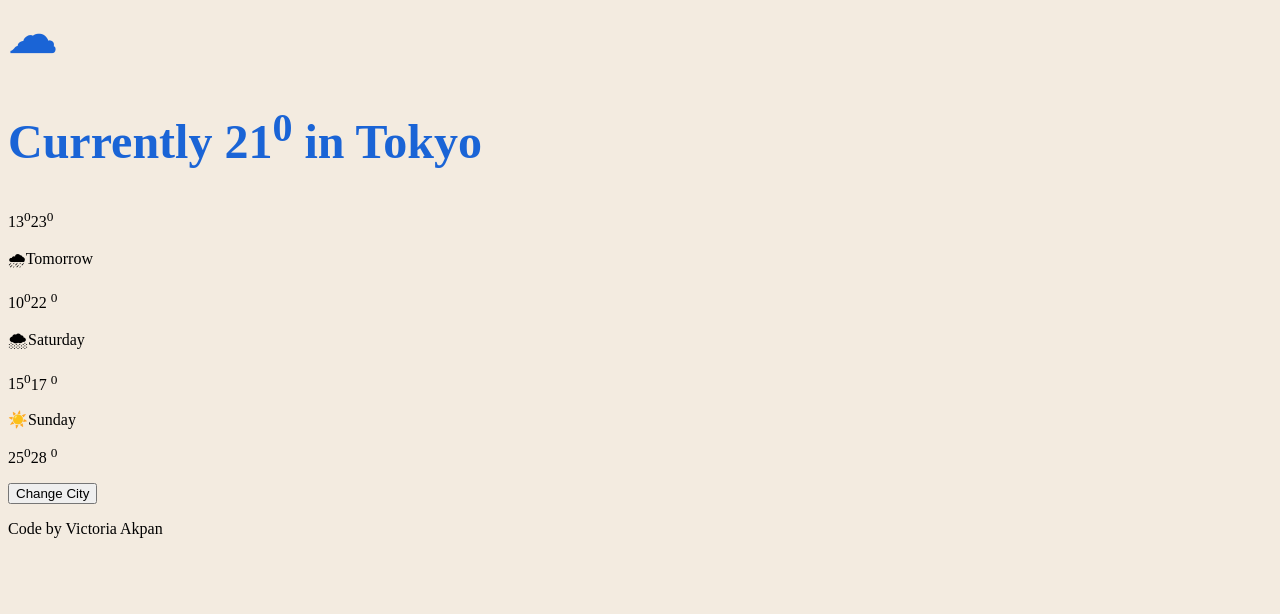
Repository: VickyJacob23/SheCode
Page: firstCode/weatherAppHomeWork.html
These files come from the project's save history. The page is drawn as it stood at one moment and after the next save; the edit follows.
The browser window is 1280 px wide. The pictures show the whole page.

Above is the page before, as saved 2024-08-26 23:44:27.

After the next save:
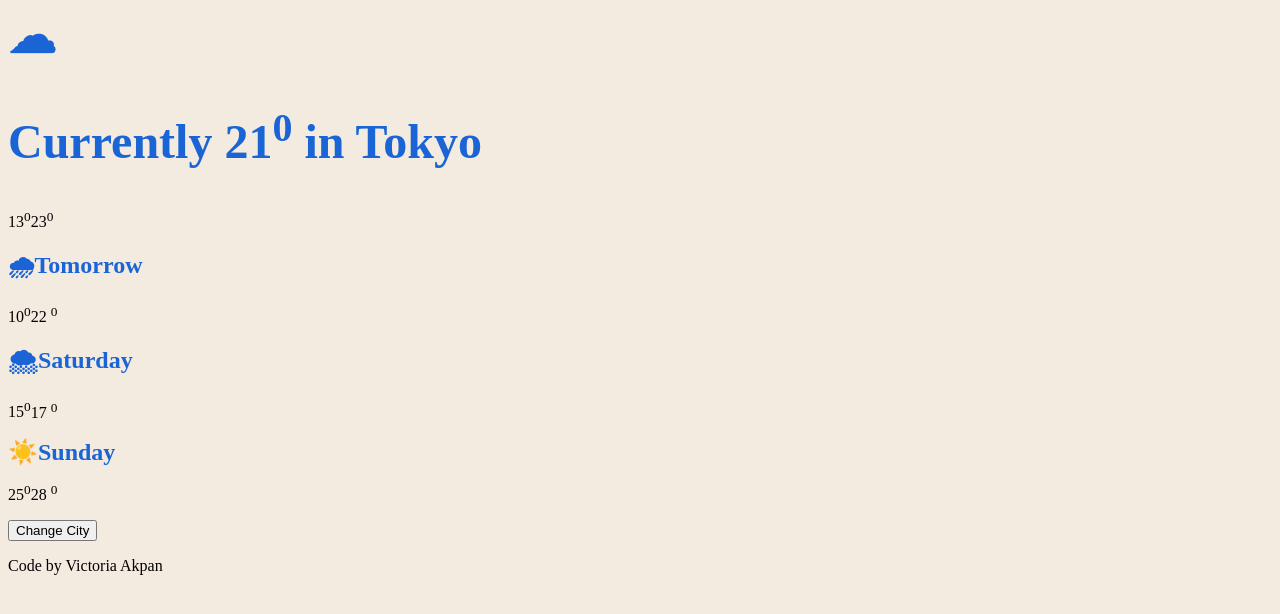
Saved 16 s later.
--- a/firstCode/weatherAppHomeWork.html
+++ b/firstCode/weatherAppHomeWork.html
@@ -20,7 +20,7 @@
         .icon div{
             color: #1a64d6;
         }
-        div + div{
+        .subtitle{
             color: #1a64d6;
             font-size: 24px;
             font-weight: 600;
